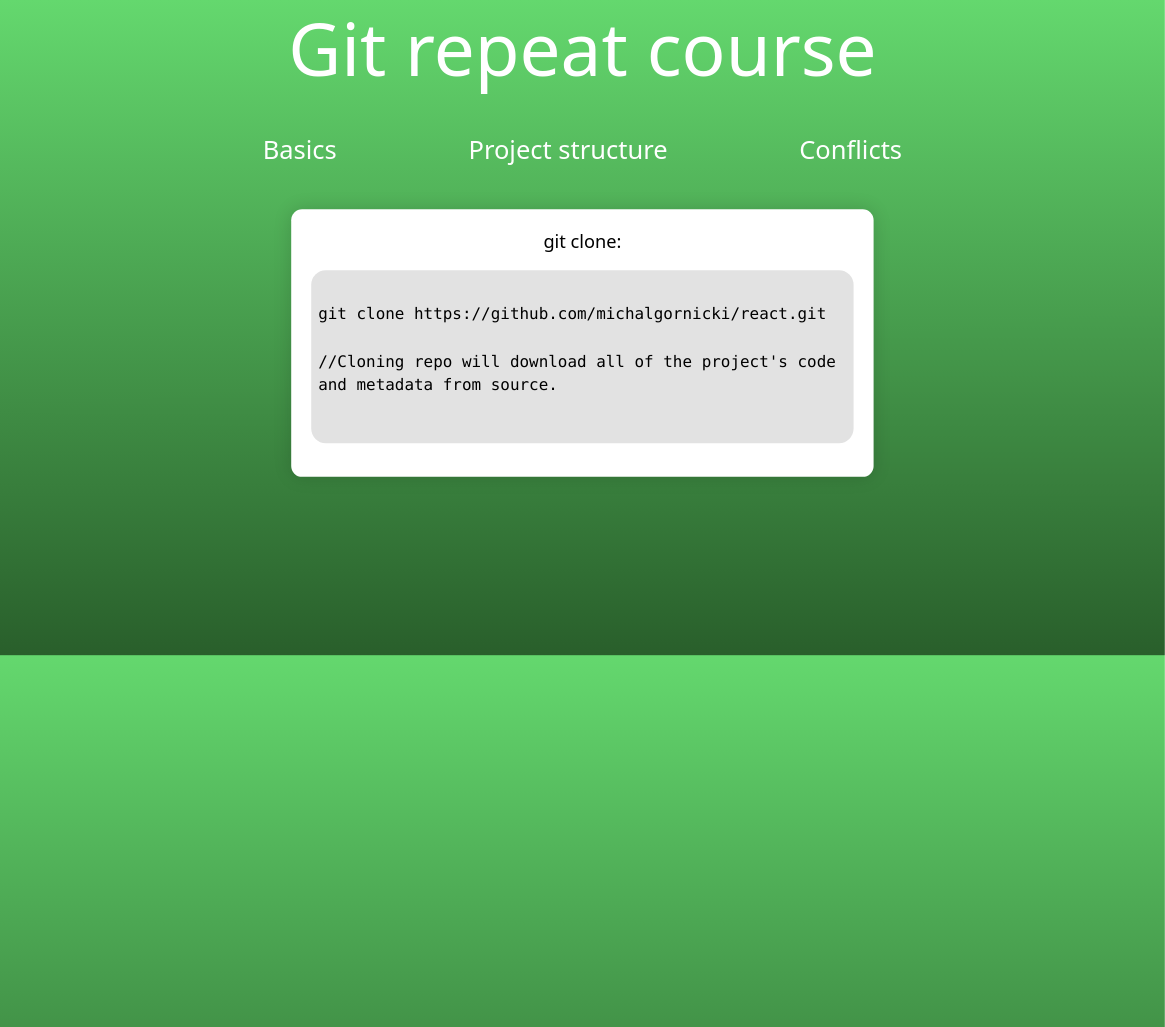
Repository: michalgornicki/git
Page: /#/Conflicts
An editor plug-in stored every save of this project. The page is shown before and after the next save, followed by the edit.
The browser window is 1280 px wide. The pictures show the whole page, at 91% of full size.
Backgrounds fixed to the window are drawn as part of the page. The project was rebuilt for these pictures with package versions that can differ from the ones it lists, and the page was loaded fresh each time. Also part of the build but not shown: src/components/basics.jsx, src/components/structure.jsx.

Above is the page before, as saved 2022-02-10 13:33:03.

After the next save:
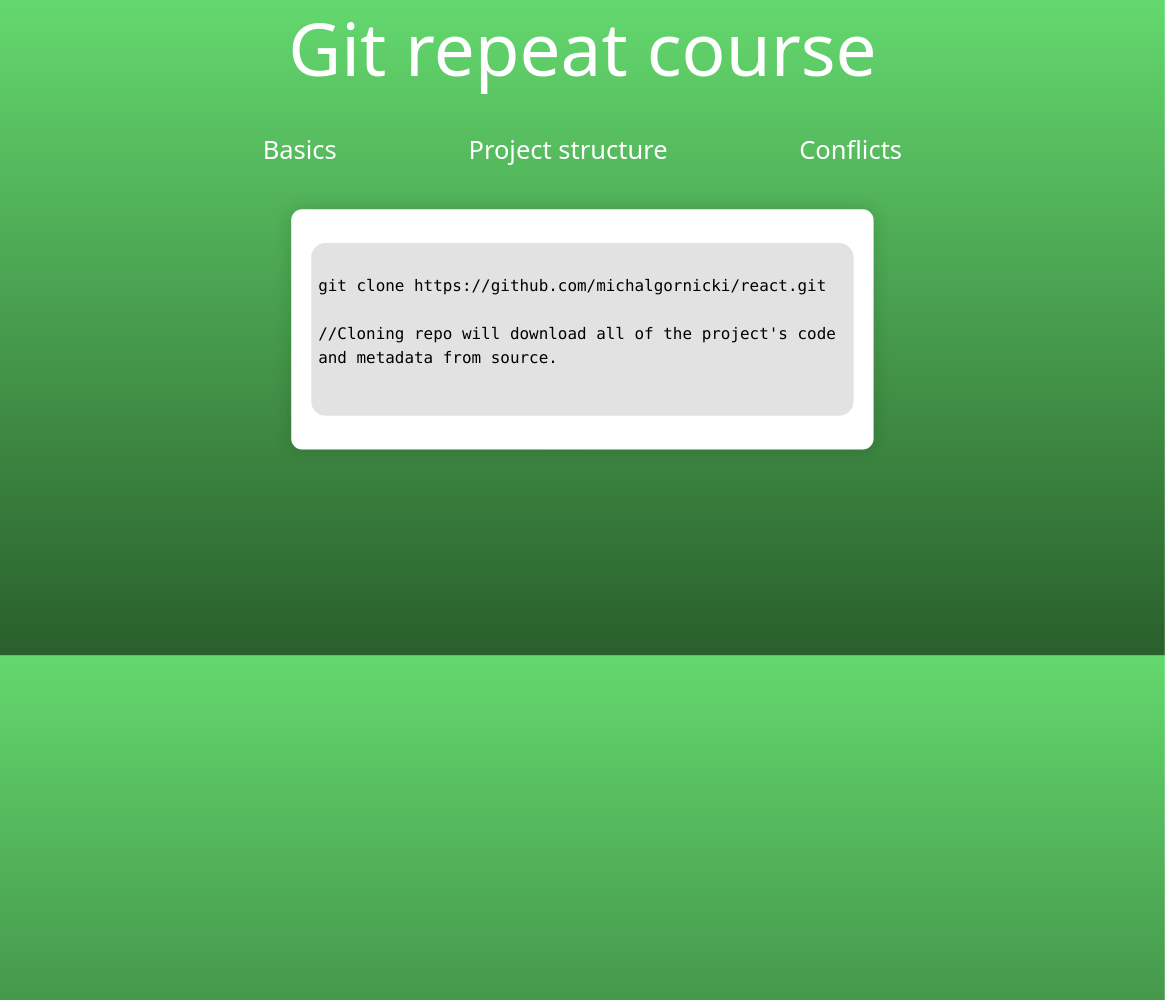
Saved 5 s later.
--- a/src/components/conflicts.jsx
+++ b/src/components/conflicts.jsx
@@ -8,7 +8,7 @@ const DOM = () => {
     <div className="body">
             <div className="js-item">
         {" "}
-        <div className="">git clone: </div>
+        <div className=""> </div>
         <div className="text-pink">
           <pre>{`
 git clone https://github.com/michalgornicki/react.git
